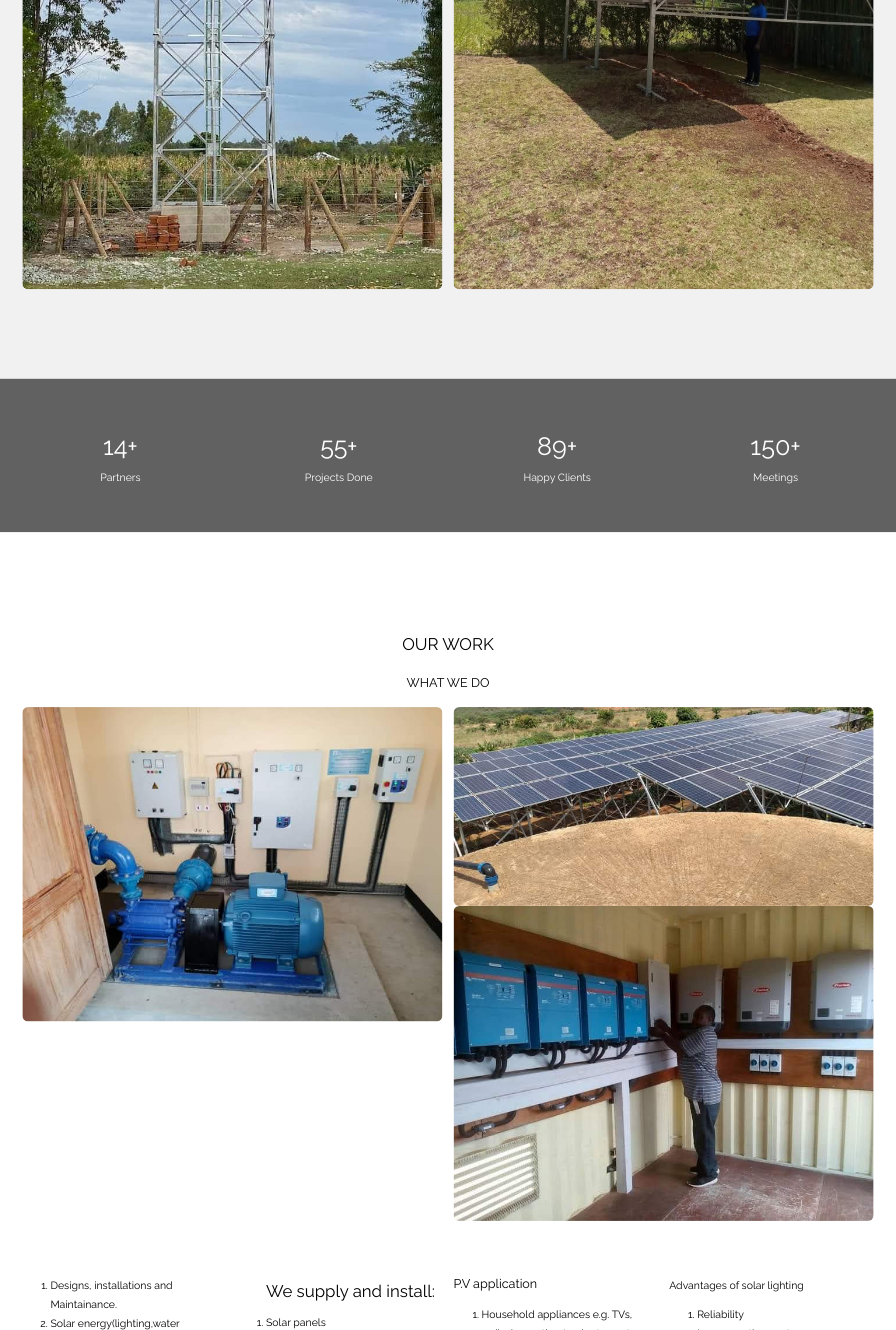
Repository: peterclermy232/LAZCOM
Page: index.html
These files come from the project's save history. The page is drawn as it stood at one moment and after the next save; the edit follows.
The browser window is 1280 px wide. The pictures show the part of the page from y = 3013 to 4913 px (the page is 7618 px tall before and 7333 px after), at 70% of full size.
A picture or video elsewhere on the page could not be fetched, so the positions and the page height are approximate.

Above is the page before, as saved 2022-06-23 08:43:03.

After the next save:
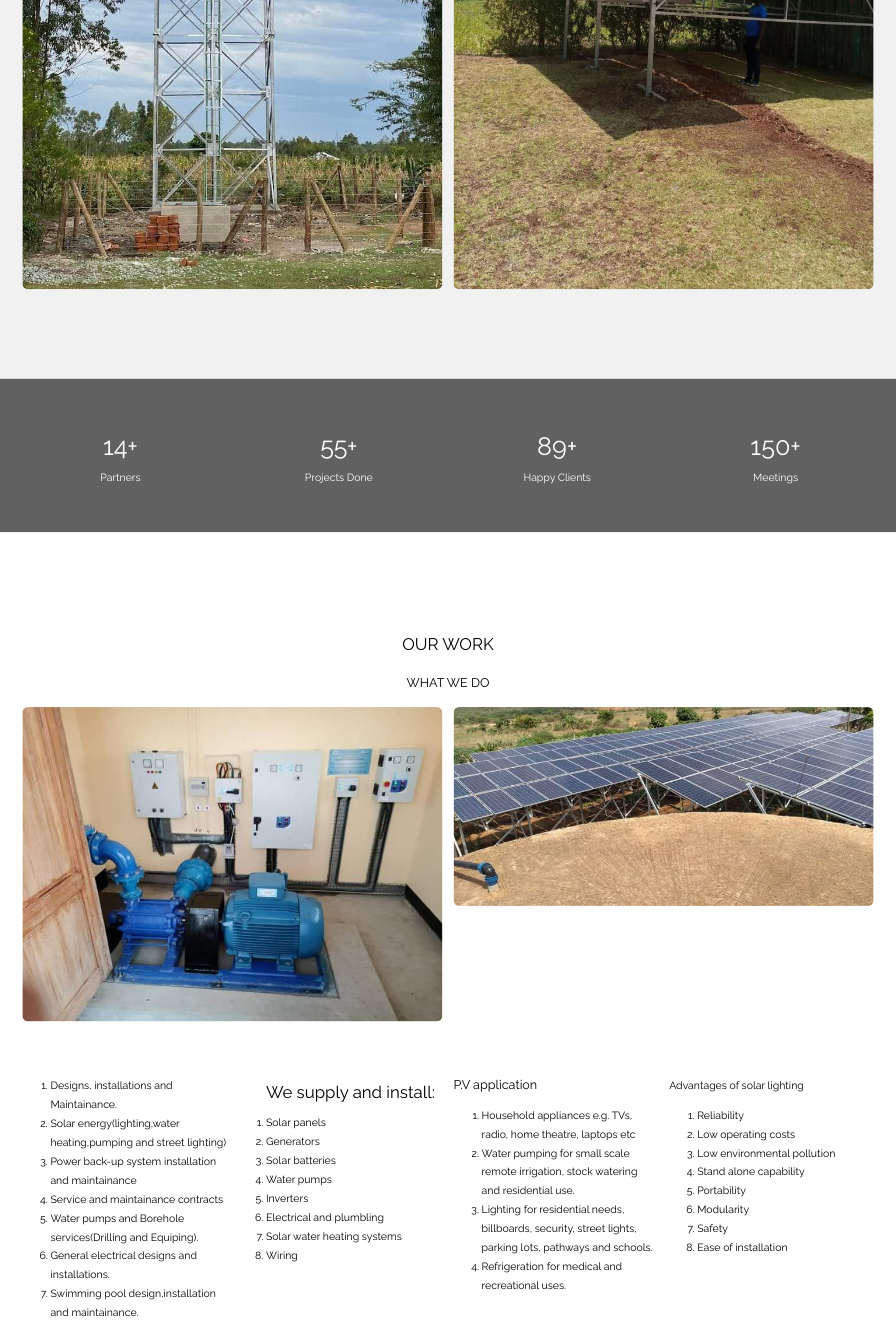
Saved 18 s later.
--- a/index.html
+++ b/index.html
@@ -192,9 +192,6 @@ body, html {
     <div class="w3-col m6">
 
       <img class="w3-image w3-round-large" src="images/solarstand.jpeg" alt="Buildings" width="700" height="394">
-    </div>
-    <div class="w3-col m6">
-      <img class="w3-image w3-round-large" src="images/person1.jpeg" alt="Buildings" width="700" height="394">
     </div>
 
   </div>
